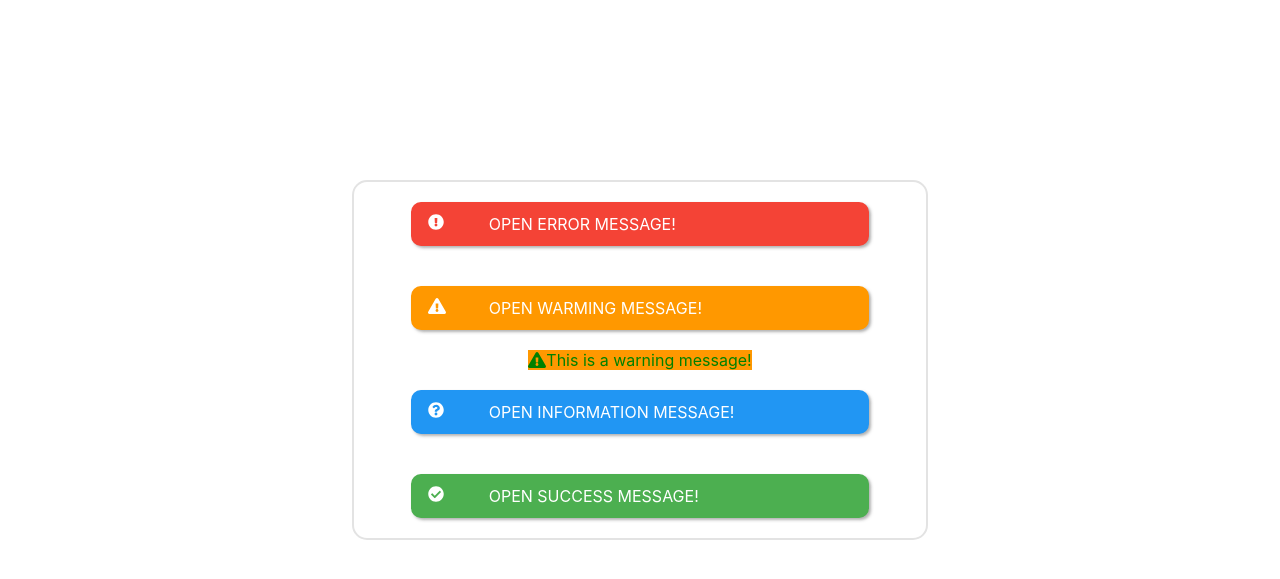
Repository: KrzysKolo/sr_tydzien5_zad2
Page: /, after clicking the first element matching `div.wrapper--btn > :nth-child(2)`
An editor plug-in stored every save of this project. The page is shown before and after the next save, followed by the edit.
The browser window is 1280 px wide. The pictures show the whole page.
The project was rebuilt for these pictures with package versions that can differ from the ones it lists, and the page was loaded fresh each time.

Above is the page before, as saved 2020-12-28 03:36:44.

After the next save:
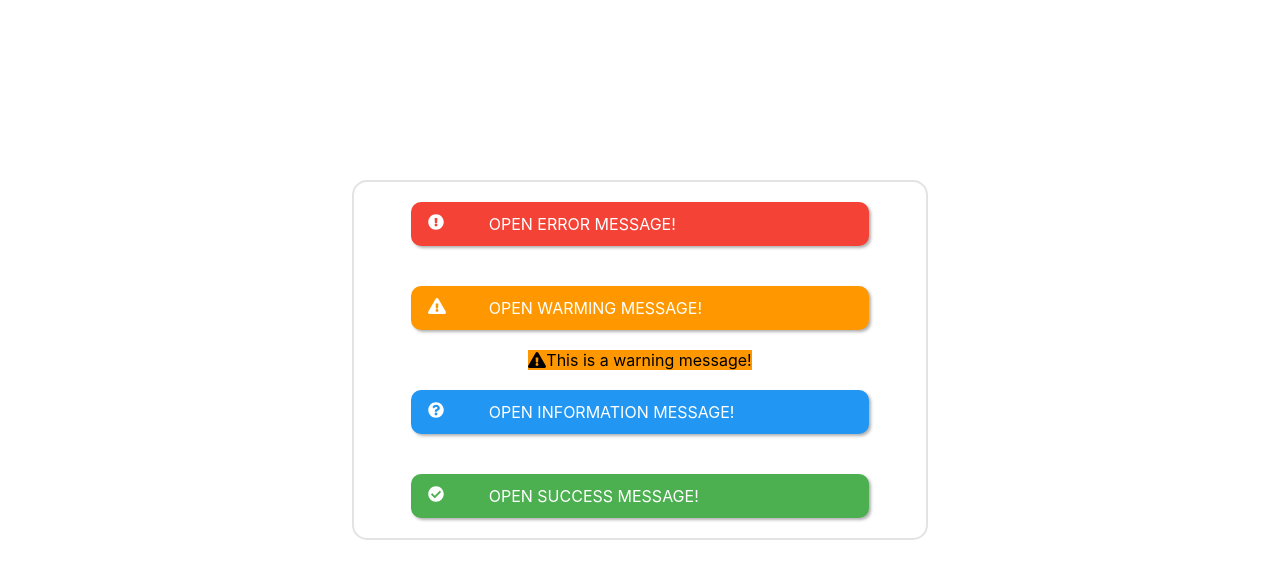
Saved 27 s later.
--- a/src/App.css
+++ b/src/App.css
@@ -49,5 +49,5 @@ body {
 
 .warning {
   background: rgb(255, 152, 0);
-  color: green;
+  color: black;
 }
